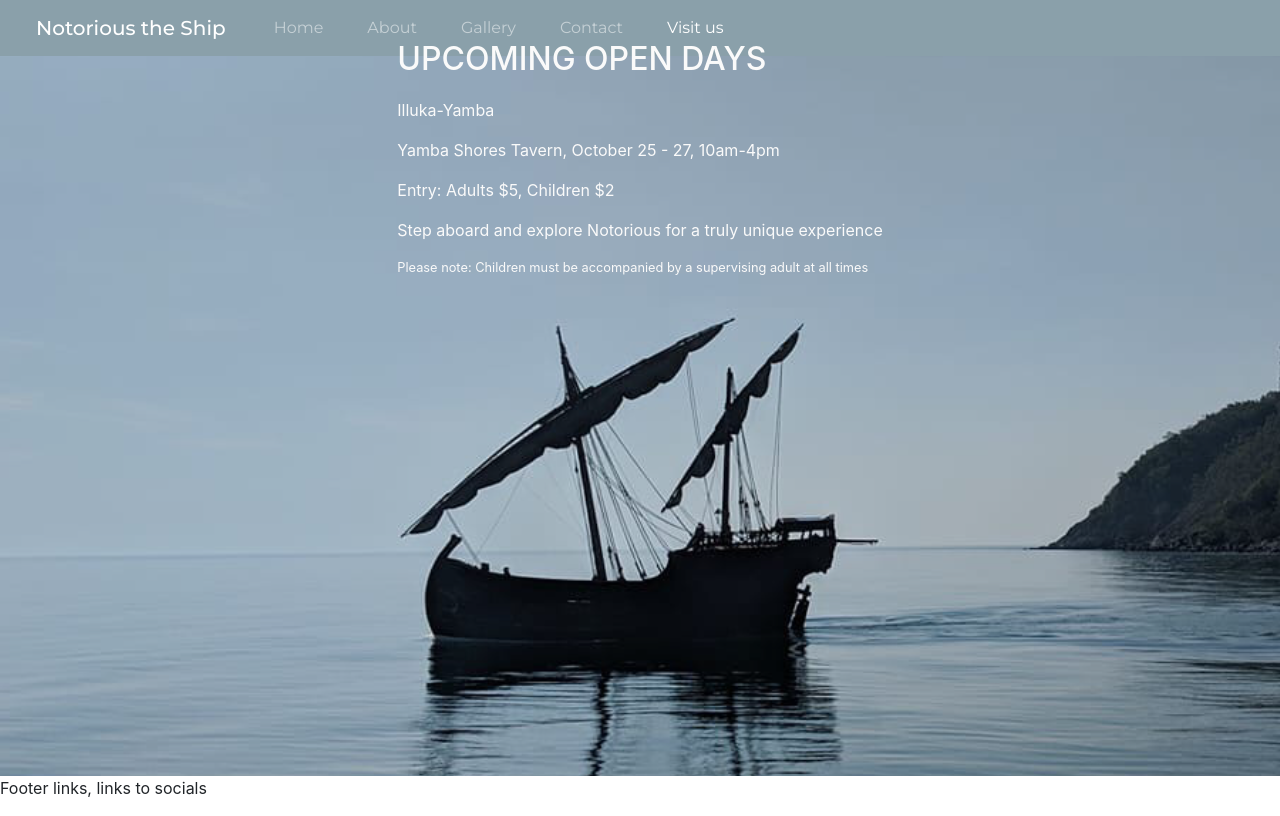
Repository: TSRose/NotorioustheShip
Page: open.html
The author's editor kept a record of every edit. The page is drawn from the files as they stood at one moment, then again after the next edit.
The browser window is 1280 px wide. The pictures show the whole page.
Backgrounds fixed to the window are drawn as part of the page.

Above is the page before.

### open.html
<!DOCTYPE html>
<html lang="en">

<head>
    <meta charset="UTF-8">
    <meta name="viewport" content="width=device-width, initial-scale=1.0">
    <meta http-equiv="X-UA-Compatible" content="ie=edge">
    <link rel="stylesheet" href="https://stackpath.bootstrapcdn.com/bootstrap/4.3.1/css/bootstrap.min.css" type="text/css" />
    <link rel="stylesheet" href="https://stackpath.bootstrapcdn.com/font-awesome/4.7.0/css/font-awesome.min.css">
    <link rel="stylesheet" href="assets/css/style.css" type="text/css">
    <title>Notorious the Ship</title>
</head>

<body>
    <nav class="navbar navbar-dark navbar-expand-sm">
        <a href="index.html" class="navbar-brand">Notorious the Ship</a>
        <button class="navbar-toggler ml-auto" type="button" data-toggle="collapse" data-target="#navbarNavDropdown" aria-controls="navbarNavDropdown" aria-expanded="false" aria-label="Toggle navigation">
      <span class="navbar-toggler-icon"></span></button>
        <div class="collapse navbar-collapse" id="navbarNavDropdown">
            <ul class="navbar-nav mr-auto">
                <li class="nav-item mr-2"><a class="nav-link" href="index.html">Home</a></li>
                <li class="nav-item mr-2"><a class="nav-link" href="about.html">About</a></li>
                <li class="nav-item mr-2"><a class="nav-link" href="gallery.html">Gallery</a></li>
                <li class="nav-item mr-2"><a class="nav-link" href="contact.html">Contact</a></li>
                <li class="active nav-item mr-2"><a class="nav-link" href="open.html">Visit us</a></li>
            </ul>
        </div>
    </nav>

    <!---------------------------open days----->

    <div class="container-fluid landing-container">
        <section class="landing">
            <div class="row">
                <div class="col-12">
                    <div class="jumbotron">
                        <h2 class="text-uppercase jumbotron-heading">Upcoming Open Days</h2>
                        <p class="landing-subheading">Illuka-Yamba</p>
                        <p class="landing-subheading">Yamba Shores Tavern, October 25 - 27, 10am-4pm</p>
                        <p class="landing-subheading">Entry: Adults $5, Children $2</p>
                        <p class="landing-subheading">Step aboard and explore Notorious for a truly unique experience</p>
                        <p class="small">Please note: Children must be accompanied by a supervising adult at all times</p>
                    </div>
                </div>
            </div>
        </section>
    </div>


    <footer>
        <p>Footer links, links to socials </p>
    </footer>

    <script src="https://code.jquery.com/jquery-3.3.1.slim.min.js" integrity="sha384-q8i/X+965DzO0rT7abK41JStQIAqVgRVzpbzo5smXKp4YfRvH+8abtTE1Pi6jizo" crossorigin="anonymous"></script>
    <script src="https://cdnjs.cloudflare.com/ajax/libs/popper.js/1.14.7/umd/popper.min.js" integrity="sha384-UO2eT0CpHqdSJQ6hJty5KVphtPhzWj9WO1clHTMGa3JDZwrnQq4sF86dIHNDz0W1" crossorigin="anonymous"></script>
    <script src="https://stackpath.bootstrapcdn.com/bootstrap/4.3.1/js/bootstrap.min.js" integrity="sha384-JjSmVgyd0p3pXB1rRibZUAYoIIy6OrQ6VrjIEaFf/nJGzIxFDsf4x0xIM+B07jRM" crossorigin="anonymous"></script>

</body>

</html>

### assets/css/style.css
@import url('https://fonts.googleapis.com/css?family=Montserrat:100,200,300,400,500,600,700|Roboto:100,200,300,400,500,600,700');

body {
    margin: 10;
    padding: 0;
}

header {
    margin: 0;
}

.footer {
    background-color: #89bddd;
    border-color: #89bddd;
}

h2 {
    margin-bottom: 20px;
}

/*-------------------------------- navbar */

.navbar-brand {
    font-family: "Montserrat", sans-serif;
    color: #fafafa;
    margin: 0 20px;
    font-weight: 500;
}

.nav-item {
    color: #fafafa;
    font-family: "Montserrat", sans-serif;
    margin: 0 20px;
}

.list-inline {
    text-align: center;
}

.navbar {
    color: #aaa;
    background-color: #8aa0aa;
    margin-bottom: 0;
    border: 0;
    width: 100%;
}

.navbar .navbar-toggler {
    border: 0;
}

/*---------------------------------Landing ----*/

.landing-container {
    height: 100VH;
    background: url("../images/notorious_portdouglas_xsm_crop.jpg") no-repeat center center fixed;
    -webkit-background-size: cover;
    -moz-background-size: cover;
    -o-background-size: cover;
    background-size: cover;
    display: flex;
    align-items: center;
    justify-content: center;
    position: relative;
}

@media (min-width: 576px) {
    .landing-container {
        background: url("../images/notorious_portdouglas_sm_crop.jpg") no-repeat center right fixed;
    }
}

@media (min-width: 768px) {
    .landing-container {
        background: url("../images/notorious_portdouglas_md_crop.jpg") no-repeat center right fixed;
    }
}

@media (min-width: 992px) {
    .landing-container {
        background: url("../images/notorious_portdouglas.PNG") no-repeat center left fixed;
    }
}

.text-uppercase {
    text-transform: uppercase;
}

.landing-subheading {
    padding: 0 0px;
    text-align: left;
}

/*--------------------------------Jumbotron*/

.absolute {
    position: absolute;
    height: 100VH;
    width: 100VW;
    padding: 7%;
}

.jumbotron {
    background-color: transparent;
    padding: 0;
    color: #fafafa;
    height: 100VH;
}

.jumbotron-header {
    font-weight: bold;
    margin-bottom: 35px;
    margin: 50px;
    text-transform: capitalize;
    padding: 50px;
}


/*--------------------------------------- contact form*/

.contact-heading {
    font-family: "Montserrat", sans-serif;
    font-weight: 200;
    padding-top: 30px;
    margin-top: 25px;
    margin-bottom: 15px;
}

.center-form {
    padding: 0 10px;
    margin: 0 auto;
    max-width: 70%;
}

button[type="submit"] {
    margin-top: 15px;
    margin-bottom: 20px;
    color: #fafafa;
    background-color: #3498db;
}

.btn {
    padding: 5px;
}

.form-control {
    margin: 10px 0;
}

.share {
    margin: 25px 0;
}

@media(max-width: 991px) {
    .center-form {
        padding-top: 30px;
        min-height: 240px;
        margin: 0 auto;
        max-width: 70%;
    }
}

@media(min-width: 992px) {
    .center-form {
        padding-top: 30px;
        min-height: 240px;
        margin: 0 auto;
        max-width: 50%;
    }
}

@media(min-width: 992px) {
    .contact-heading {
        font-family: "Montserrat", sans-serif;
        font-weight: 400;
        margin-top: 25px;
        margin-bottom: 20px;
    }
}

/*-----------------------------------About*/

.about-container {
    margin: 15px;
}

.article-wrapper {
    margin-right: 50px;
}

.theshipimage {
    background: url("../images/notorious_on_anchor.PNG");
    background-position: left;
    background-repeat: no-repeat;
    display: inline-block;
    width: 300px;
    height: auto;
    transition: all .5s ease-in-out;
    -moz-transition: all .5s ease-in-out;
    -webkit-transition: all .5s ease-in-out;
    margin: 0 15;
}

.thebuilderimage {
    background: url("../images/graemewylie.jpg");
    background-position: left;
    background-repeat: no-repeat;
    background-size: cover;
    display: block;
    width: 300px;
    height: auto;
    transition: all .5s ease-in-out;
    -moz-transition: all .5s ease-in-out;
    -webkit-transition: all .5s ease-in-out;
}

.thehistoryimage {
    background: url("../images/portuguesecaravelmodel.jpg");
    background-position: left;
    background-repeat: no-repeat;
    background-size: cover;
    display: block;
    width: auto;
    height: 300px;
    max-height: 300px;
    transition: all .5s ease-in-out;
    -moz-transition: all .5s ease-in-out;
    -webkit-transition: all .5s ease-in-out;
}

.article-container {
    margin: 30px;
}

/*-----------------------------------Open Days*/
.opendays {

}

/*-----------------------------------Gallery*/

.gallery-container {
    padding: 20px 0;
}

.image-padding {
    padding: 5px;
}

.zoom {
    width: 100%;
    height: 200px;
    border-radius:5px;
    background-size: cover;
    -webkit-transition: all .3s ease-in-out;
    -moz-transition: all .3s ease-in-out;
    -o-transition: all .3s ease-in-out;
    -ms-transition: all .3s ease-in-out;
}


.transition {
    -webkit-transform: scale(1.2);
    -moz-transform: scale(1.2);
    -o-transform: scale(1.2);
    transform: scale(1.2);
}
    .modal-header {

     border-bottom: none;
}
    .modal-title {
        color:#000;
    }
    .modal-footer{
      display:none;
    }


/*-----------------------------------Footer*/

.social-links {
    margin-top: 10px;
    padding-bottom: 0px;
}

.list-inline-item {
    padding-left: 5px;
    padding-right: 5px;
}

After the next edit:
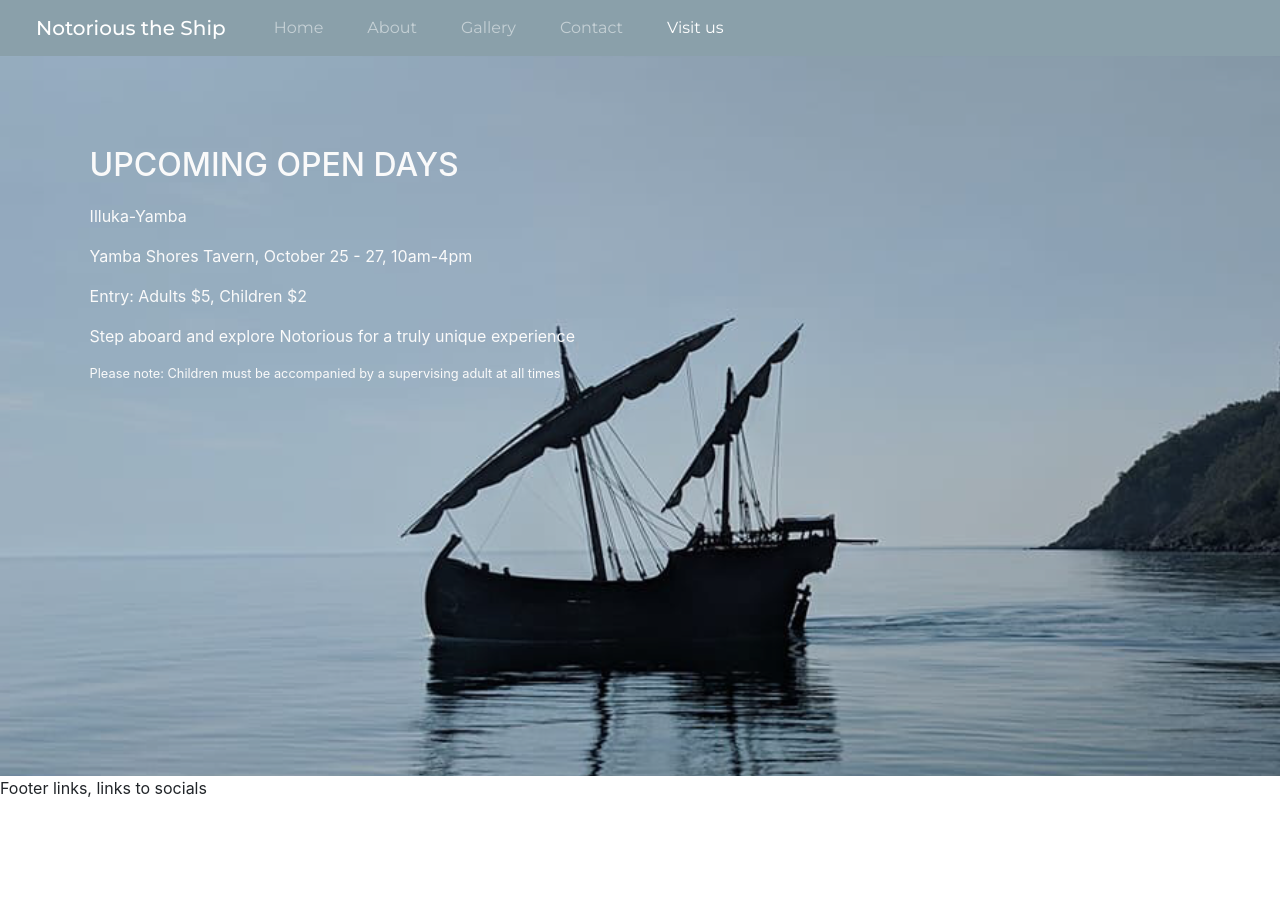
The edit:
--- a/open.html
+++ b/open.html
@@ -30,7 +30,7 @@
     <!---------------------------open days----->
 
     <div class="container-fluid landing-container">
-        <section class="landing">
+        <section class="absolute">
             <div class="row">
                 <div class="col-12">
                     <div class="jumbotron">
